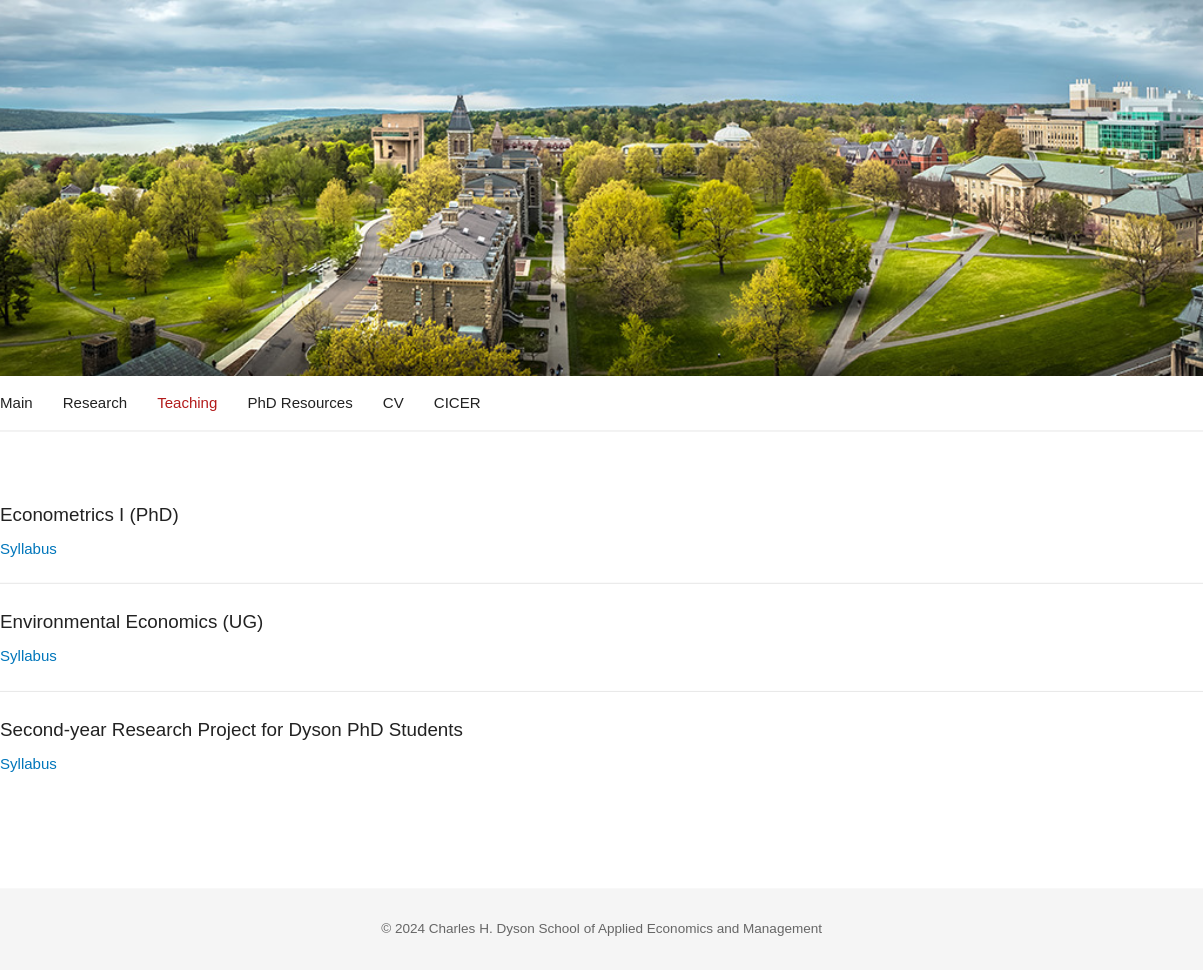
Repository: huang-heavenly-Emperor/k1_project
Page: teaching.html
These files come from the project's save history. The page is drawn as it stood at one moment and after the next save; the edit follows.
The browser window is 1280 px wide. The pictures show the whole page, at 94% of full size.

Above is the page before, as saved 2024-11-17 05:55:58.

### teaching.html
<!DOCTYPE html>
<html lang="en">

<head>
    <meta charset="UTF-8">
    <meta name="viewport" content="width=device-width, initial-scale=1.0">
    <title>Teaching - Cornell University</title>
    <link rel="stylesheet" href="reset.css">
    <link rel="stylesheet" href="teaching.css">
</head>

<body>
    <header class="site-header">
        <div class="banner">
            <img src="images/Cornell University Ithaca Campus.jpg" alt="Cornell University Campus Panorama"
                class="banner-img">
        </div>
        <nav class="main-nav">
            <div class="nav-container">
                <ul class="nav-list">
                    <li><a href="./index.html">Main</a></li>
                    <li><a href="./research.html">Research</a></li>
                    <li><a href="./teaching.html" class="active">Teaching</a></li>
                    <li><a href="#">PhD Resources</a></li>
                    <li><a href="#">CV</a></li>
                    <li><a href="#">CICER</a></li>
                </ul>
            </div>
        </nav>
    </header>

    <main class="main-container">
        <section class="courses">
            <div class="course-item">
                <h2>Econometrics I (PhD)</h2>
                <a href="#" class="syllabus-link">Syllabus</a>
            </div>

            <div class="course-item">
                <h2>Environmental Economics (UG)</h2>
                <a href="#" class="syllabus-link">Syllabus</a>
            </div>

            <div class="course-item">
                <h2>Second-year Research Project for Dyson PhD Students</h2>
                <a href="#" class="syllabus-link">Syllabus</a>
            </div>
        </section>
    </main>

    <footer class="footer">
        <div class="footer-container">
            <p>© 2024 Charles H. Dyson School of Applied Economics and Management</p>
        </div>
    </footer>
</body>

</html>

### reset.css
/* Reset CSS */
*, *::before, *::after {
    margin: 0;
    padding: 0;
    box-sizing: border-box;
}

html, body {
    height: 100%;
    font-size: 16px;
    line-height: 1.5;
    -webkit-font-smoothing: antialiased;
    -moz-osx-font-smoothing: grayscale;
}

body {
    font-family: Arial, sans-serif;
    color: #333;
}

ul, ol {
    list-style: none;
}

a {
    text-decoration: none;
    color: inherit;
}

img {
    max-width: 100%;
    height: auto;
    display: block;
}

button, input, select, textarea {
    font: inherit;
    color: inherit;
}

h1, h2, h3, h4, h5, h6 {
    font-size: inherit;
    font-weight: inherit;
}

### teaching.css
/* Base Styles */
:root {
    --primary-color: #B31B1B;
    --text-color: #222;
    --link-color: #0076BB;
    --background-color: #fff;
    --border-color: #e5e5e5;
}

body {
    font-family: Arial, sans-serif;
    line-height: 1.6;
    color: var(--text-color);
    background-color: var(--background-color);
}

.container {
    max-width: 1150px;
    padding: 0 20px;
    margin: 0 auto;
}

/* Header Styles */
.header {
    position: relative;
    box-shadow: 0 2px 4px rgba(0, 0, 0, 0.1);
}

.banner {
    width: 100%;
    height: 400px;
    overflow: hidden;
    position: relative;
}

.banner-img {
    width: 100%;
    height: 100%;
    object-fit: cover;
}

/* Navigation Styles */
.main-nav {
    background-color: var(--background-color);
    border-bottom: 1px solid var(--border-color);
}

.nav-list {
    display: flex;
    justify-content: flex-start;
    gap: 2rem;
    padding: 1rem 0;
    list-style: none;
}

.nav-list a {
    text-decoration: none;
    color: var(--text-color);
    font-weight: 500;
    padding: 0.5rem 0;
    transition: color 0.3s;
}

.nav-list a:hover,
.nav-list a.active {
    color: var(--primary-color);
}

/* Courses Section */
.courses {
    padding: 3rem 0;
}

.course-item {
    padding: 1.5rem 0;
    border-bottom: 1px solid var(--border-color);
}

.course-item:last-child {
    border-bottom: none;
}

.course-item h2 {
    font-size: 1.25rem;
    font-weight: 500;
    margin-bottom: 0.5rem;
}

.syllabus-link {
    color: var(--link-color);
    text-decoration: none;
    font-weight: 500;
    transition: color 0.3s;
}

.syllabus-link:hover {
    color: var(--primary-color);
}

/* Footer Styles */
.footer {
    background-color: #f5f5f5;
    padding: 2rem 0;
    margin-top: 3rem;
    text-align: center;
    font-size: 0.9rem;
    color: #666;
}

/* Responsive Design */
@media (max-width: 768px) {
    .banner {
        height: 300px;
    }

    .nav-list {
        flex-wrap: wrap;
        justify-content: center;
        gap: 1rem;
    }

    .course-item h2 {
        font-size: 1.1rem;
    }
}

@media (max-width: 480px) {
    .banner {
        height: 200px;
    }
}

After the next save:
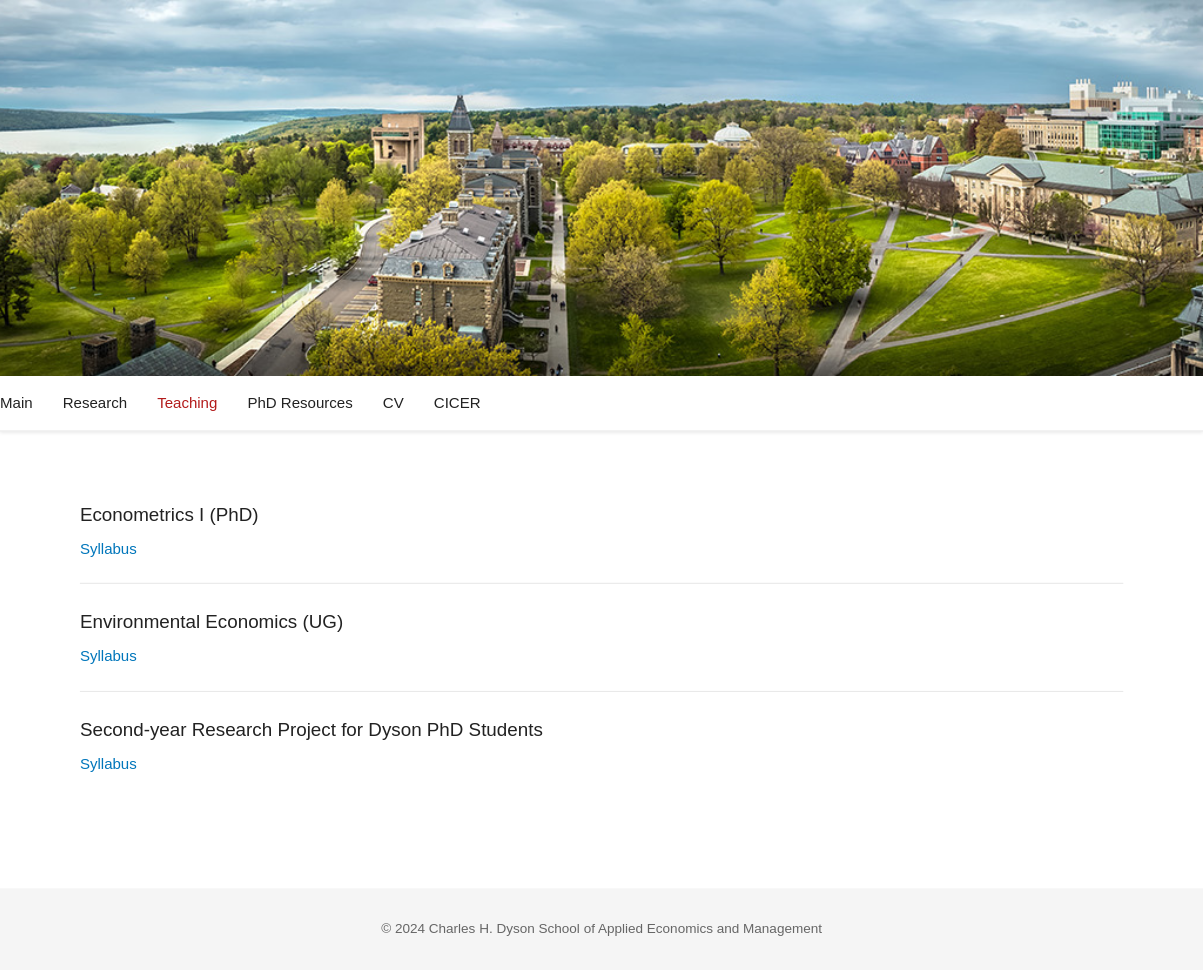
Saved 8 s later.
--- a/teaching.css
+++ b/teaching.css
@@ -14,14 +14,14 @@ body {
     background-color: var(--background-color);
 }
 
-.container {
+.main-container {
     max-width: 1150px;
     padding: 0 20px;
     margin: 0 auto;
 }
 
 /* Header Styles */
-.header {
+.site-header {
     position: relative;
     box-shadow: 0 2px 4px rgba(0, 0, 0, 0.1);
 }
